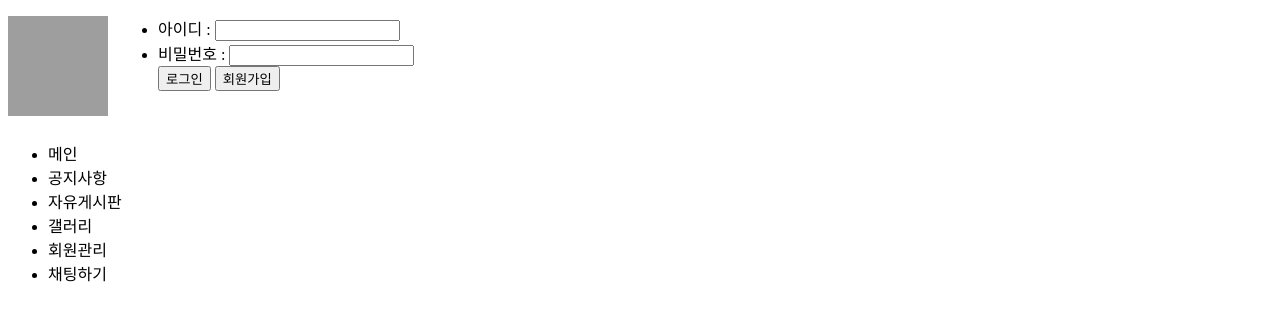
Repository: giwon8701/Qclass_KH
Page: Workspace_Java/testWebProject/WebContent/test2.html
The author's editor kept a copy of each file at every save. The page is drawn from the files as they stood at one save, then again after the next save.
The browser window is 1280 px wide. The pictures show the whole page.
Pictures or frames that could not be fetched are drawn as grey boxes.

Above is the page before, as saved 2021-01-11 02:57:36.

After the next save:
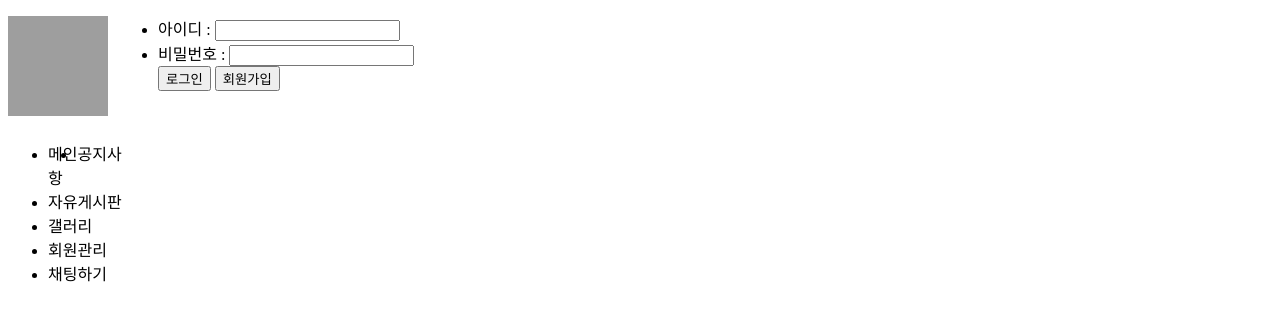
Saved 40 s later.
--- a/Workspace_Java/testWebProject/WebContent/test2.html
+++ b/Workspace_Java/testWebProject/WebContent/test2.html
@@ -27,7 +27,7 @@
 		<br>
 
 		<ul id="nav" style="float:left;">
-			<li>메인</li>
+			<li style="float:left;">메인</li>
 			<li>공지사항</li>
 			<li>자유게시판</li>
 			<li>갤러리</li>

After the save that followed:
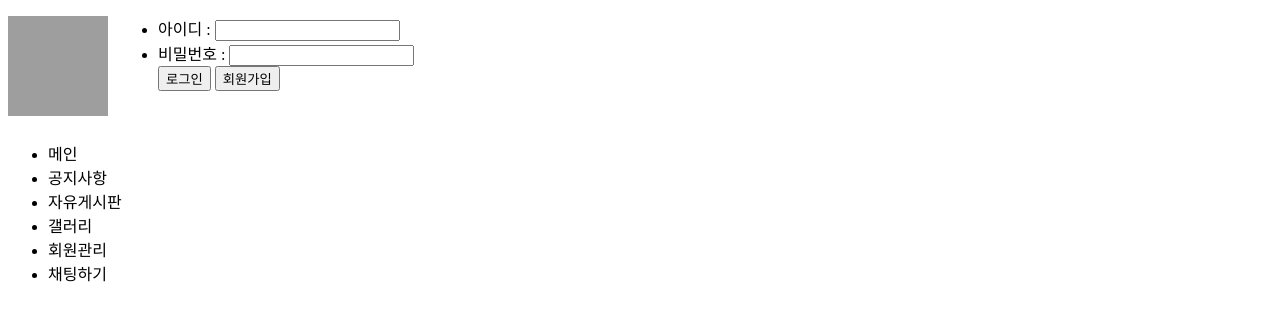
Saved 15 s later.
--- a/Workspace_Java/testWebProject/WebContent/test2.html
+++ b/Workspace_Java/testWebProject/WebContent/test2.html
@@ -27,7 +27,7 @@
 		<br>
 
 		<ul id="nav" style="float:left;">
-			<li style="float:left;">메인</li>
+			<li>메인</li>
 			<li>공지사항</li>
 			<li>자유게시판</li>
 			<li>갤러리</li>
